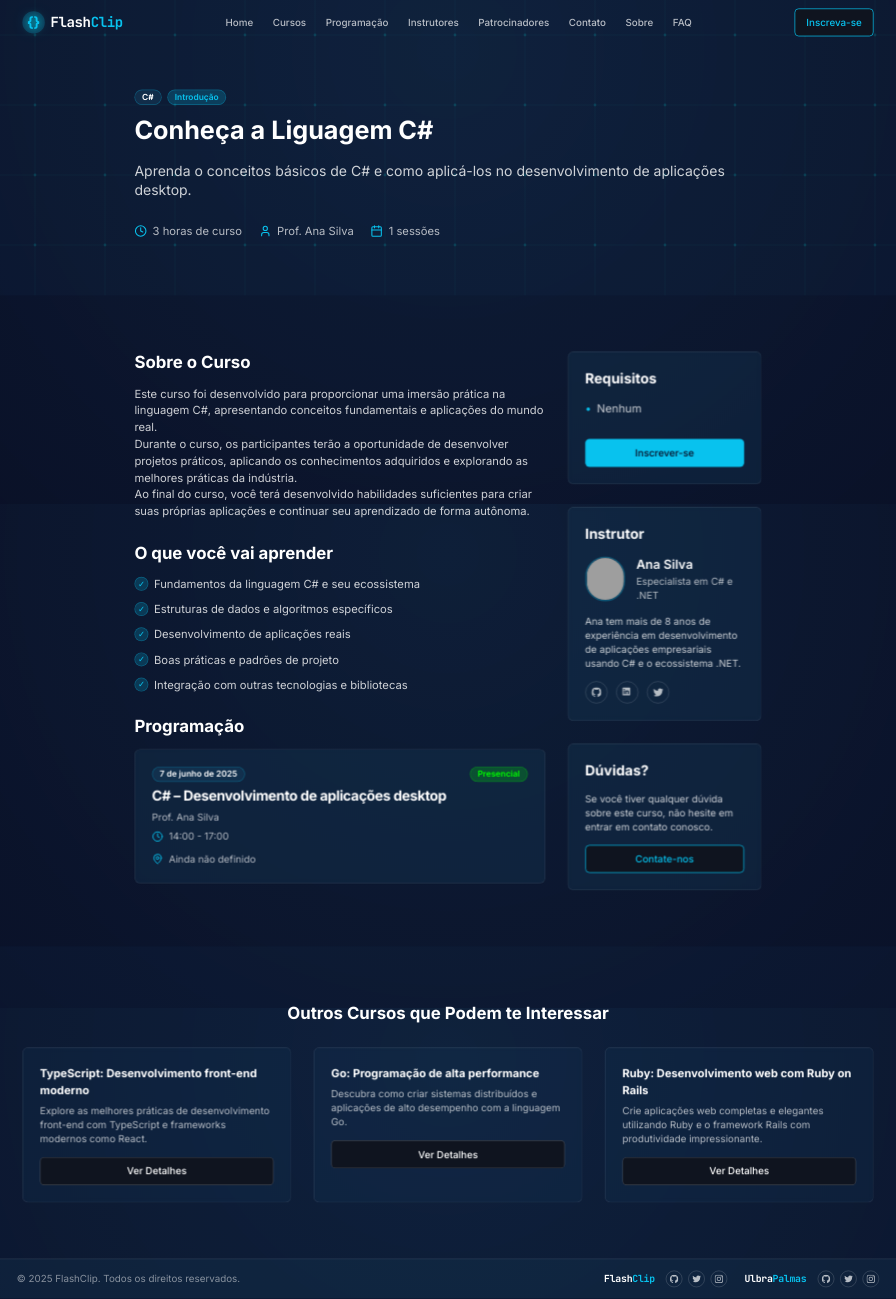
Repository: Geisbelly/flashclip-code-connect
Page: /cursos/csharp
An editor plug-in stored every save of this project. The page is shown before and after a run of saves, followed by the edit.
The browser window is 1280 px wide. The pictures show the whole page, at 70% of full size.
Pictures or frames that could not be fetched are drawn as grey boxes. Backgrounds fixed to the window are drawn as part of the page. The project was rebuilt for these pictures with package versions that can differ from the ones it lists, and the page was loaded fresh each time. Also part of the build but not shown: vite.config.ts, src/components/ui/tooltip.tsx, src/components/common/CountdownTimer.tsx, src/components/common/SectionTitle.tsx, src/components/common/CourseCard.tsx, src/data/eventInfo.ts, src/pages/Index.tsx, src/pages/NotFound.tsx and 27 more.

Above is the page before, as saved 2025-05-04 00:52:44.

### index.html
<!DOCTYPE html>
<html lang="pt-br">
  <head>
    <meta charset="UTF-8" />
    <meta name="viewport" content="width=device-width, initial-scale=1.0" />
    <title>FlashClip</title>
    <meta name="description" content="FlashClip - 2025/01" />
    <meta name="author" content="Lovable & Geisbelly" />

    <meta property="og:title" content="FlashClip" />
    <meta property="og:description" content="FlashClip - 2025/01" />
    <meta property="og:type" content="website" />
    <meta property="og:image" content="https://lovable.dev/opengraph-image-p98pqg.png" />

    <meta name="twitter:card" content="summary_large_image" />
    <meta name="twitter:site" content="@lovable_dev" />
    <meta name="twitter:image" content="https://lovable.dev/opengraph-image-p98pqg.png" />
  </head>

  <body>
    <div id="root"></div>
    <!-- IMPORTANT: DO NOT REMOVE THIS SCRIPT TAG OR THIS VERY COMMENT! -->
    <script src="https://cdn.gpteng.co/gptengineer.js" type="module"></script>
    <script type="module" src="/src/main.tsx"></script>
  </body>
</html>

### src/App.tsx

import { Toaster } from "@/components/ui/toaster";
import { Toaster as Sonner } from "@/components/ui/sonner";
import { TooltipProvider } from "@/components/ui/tooltip";
import { QueryClient, QueryClientProvider } from "@tanstack/react-query";
import { BrowserRouter, Routes, Route } from "react-router-dom";

import Index from "./pages/Index";
import NotFound from "./pages/NotFound";
import About from "./pages/About";
import Courses from "./pages/Courses";
import CourseDetail from "./pages/CourseDetail";
import Schedule from "./pages/Schedule";
import Instructors from "./pages/Instructors";
import FAQ from "./pages/FAQ";
import Contact from "./pages/Contact";
import Registration from "./pages/Registration";
import Quiz from "./pages/Quiz";
import Sponsors from "./pages/Sponsors";

const queryClient = new QueryClient();

const App = () => (
  <QueryClientProvider client={queryClient}>
    <TooltipProvider>
      <Toaster />
      <Sonner />
      <BrowserRouter>
        <Routes>
          <Route path="/" element={<Index />} />
          <Route path="/sobre" element={<About />} />
          <Route path="/cursos" element={<Courses />} />
          <Route path="/cursos/:id" element={<CourseDetail />} />
          <Route path="/programacao" element={<Schedule />} />
          <Route path="/instrutores" element={<Instructors />} />
          <Route path="/patrocinadores" element={<Sponsors />} />
          <Route path="/contato" element={<Contact />} />
          <Route path="/faq" element={<FAQ />} />
          <Route path="/inscricao" element={<Registration />} />
          <Route path="/quiz" element={<Quiz />} />
          {/* ADD ALL CUSTOM ROUTES ABOVE THE CATCH-ALL "*" ROUTE */}
          <Route path="*" element={<NotFound />} />
        </Routes>
      </BrowserRouter>
    </TooltipProvider>
  </QueryClientProvider>
);

export default App;

### src/index.css

@import url('https://fonts.googleapis.com/css2?family=Inter:wght@100..900&family=JetBrains+Mono:wght@100..800&display=swap');

@tailwind base;
@tailwind components;
@tailwind utilities;

@layer base {
  :root {
    --background: 220 33% 9%;
    --foreground: 210 40% 98%;

    --card: 220 33% 11%;
    --card-foreground: 210 40% 98%;

    --popover: 220 33% 11%;
    --popover-foreground: 210 40% 98%;

    --primary: 210 100% 50%;
    --primary-foreground: 210 40% 98%;

    --secondary: 217.2 32.6% 17.5%;
    --secondary-foreground: 210 40% 98%;

    --muted: 217.2 32.6% 17.5%;
    --muted-foreground: 215 20.2% 65.1%;

    --accent: 180 100% 50%;
    --accent-foreground: 0 0% 0%;

    --destructive: 0 62.8% 30.6%;
    --destructive-foreground: 210 40% 98%;

    --border: 217.2 32.6% 17.5%;
    --input: 217.2 32.6% 17.5%;
    --ring: 180 100% 50%;

    --radius: 0.5rem;

    --sidebar-background: 0 0% 98%;
    --sidebar-foreground: 240 5.3% 26.1%;
    --sidebar-primary: 240 5.9% 10%;
    --sidebar-primary-foreground: 0 0% 98%;
    --sidebar-accent: 240 4.8% 95.9%;
    --sidebar-accent-foreground: 240 5.9% 10%;
    --sidebar-border: 220 13% 91%;
    --sidebar-ring: 217.2 91.2% 59.8%;
  }
}

@layer base {
  * {
    @apply border-border;
  }

  html {
    @apply scroll-smooth;
  }

  body {
    @apply bg-tech-blue text-foreground font-sans;
    background-image: radial-gradient(circle at 50% 10%, rgba(23, 63, 95, 0.3) 0%, rgba(10, 17, 40, 0.5) 100%);
    background-attachment: fixed;
  }
}

.neon-border {
  box-shadow: 0 0 10px rgba(0, 255, 255, 0.7), 0 0 20px rgba(0, 255, 255, 0.5);
  border: 1px solid rgba(0, 255, 255, 0.7);
}

.neon-text {
  text-shadow: 0 0 10px rgba(0, 255, 255, 0.7), 0 0 20px rgba(0, 255, 255, 0.5);
}

.tech-grid {
  background-image:
    linear-gradient(rgba(0, 255, 255, 0.1) 1px, transparent 1px),
    linear-gradient(to right, rgba(0, 255, 255, 0.1) 1px, transparent 1px);
  background-size: 40px 40px;
}

.circuit-overlay {
  background-image: url("data:[embedded picture, 350 characters]");
}

### src/components/ui/toaster.tsx
import { useToast } from "@/hooks/use-toast"
import {
  Toast,
  ToastClose,
  ToastDescription,
  ToastProvider,
  ToastTitle,
  ToastViewport,
} from "@/components/ui/toast"

export function Toaster() {
  const { toasts } = useToast()

  return (
    <ToastProvider>
      {toasts.map(function ({ id, title, description, action, ...props }) {
        return (
          <Toast key={id} {...props}>
            <div className="grid gap-1">
              {title && <ToastTitle>{title}</ToastTitle>}
              {description && (
                <ToastDescription>{description}</ToastDescription>
              )}
            </div>
            {action}
            <ToastClose />
          </Toast>
        )
      })}
      <ToastViewport />
    </ToastProvider>
  )
}

### src/components/ui/sonner.tsx
import { useTheme } from "next-themes"
import { Toaster as Sonner, toast } from "sonner"

type ToasterProps = React.ComponentProps<typeof Sonner>

const Toaster = ({ ...props }: ToasterProps) => {
  const { theme = "system" } = useTheme()

  return (
    <Sonner
      theme={theme as ToasterProps["theme"]}
      className="toaster group"
      toastOptions={{
        classNames: {
          toast:
            "group toast group-[.toaster]:bg-background group-[.toaster]:text-foreground group-[.toaster]:border-border group-[.toaster]:shadow-lg",
          description: "group-[.toast]:text-muted-foreground",
          actionButton:
            "group-[.toast]:bg-primary group-[.toast]:text-primary-foreground",
          cancelButton:
            "group-[.toast]:bg-muted group-[.toast]:text-muted-foreground",
        },
      }}
      {...props}
    />
  )
}

export { Toaster, toast }

### src/components/ui/button.tsx
import * as React from "react"
import { Slot } from "@radix-ui/react-slot"
import { cva, type VariantProps } from "class-variance-authority"

import { cn } from "@/lib/utils"

const buttonVariants = cva(
  "inline-flex items-center justify-center gap-2 whitespace-nowrap rounded-md text-sm font-medium ring-offset-background transition-colors focus-visible:outline-none focus-visible:ring-2 focus-visible:ring-ring focus-visible:ring-offset-2 disabled:pointer-events-none disabled:opacity-50 [&_svg]:pointer-events-none [&_svg]:size-4 [&_svg]:shrink-0",
  {
    variants: {
      variant: {
        default: "bg-primary text-primary-foreground hover:bg-primary/90",
        destructive:
          "bg-destructive text-destructive-foreground hover:bg-destructive/90",
        outline:
          "border border-input bg-background hover:bg-accent hover:text-accent-foreground",
        secondary:
          "bg-secondary text-secondary-foreground hover:bg-secondary/80",
        ghost: "hover:bg-accent hover:text-accent-foreground",
        link: "text-primary underline-offset-4 hover:underline",
      },
      size: {
        default: "h-10 px-4 py-2",
        sm: "h-9 rounded-md px-3",
        lg: "h-11 rounded-md px-8",
        icon: "h-10 w-10",
      },
    },
    defaultVariants: {
      variant: "default",
      size: "default",
    },
  }
)

export interface ButtonProps
  extends React.ButtonHTMLAttributes<HTMLButtonElement>,
    VariantProps<typeof buttonVariants> {
  asChild?: boolean
}

const Button = React.forwardRef<HTMLButtonElement, ButtonProps>(
  ({ className, variant, size, asChild = false, ...props }, ref) => {
    const Comp = asChild ? Slot : "button"
    return (
      <Comp
        className={cn(buttonVariants({ variant, size, className }))}
        ref={ref}
        {...props}
      />
    )
  }
)
Button.displayName = "Button"

export { Button, buttonVariants }

### src/data/courses.ts

import { CourseProps } from "@/components/common/CourseCard";

export const coursesData: CourseProps[] = [
  {
    id: "csharp",
    title: "Conheça a Liguagem C#",
    language: "C#",
    description: "Aprenda o conceitos básicos de C# e como aplicá-los no desenvolvimento de aplicações desktop.",
    level: "Introdução",
    hours: 3,
    instructor: "Ana Silva",
    prerequisites: ["Nenhum"]
  },
  {
    id: "typescript",
    title: "TypeScript – Desenvolvimento front-end moderno",
    language: "TypeScript",
    description: "Explore as melhores práticas de desenvolvimento front-end com TypeScript e frameworks modernos como React.",
    level: "Introdução",
    hours: 3,
    instructor: "Pedro Santos",
    prerequisites: ["Nenhum"]
  },
  {
    id: "go",
    title: "Go – Programação de alta performance",
    language: "Go",
    description: "Descubra como criar sistemas distribuídos e aplicações de alto desempenho com a linguagem Go.",
    level: "Introdução",
    hours: 3,
    instructor: "Marcos Oliveira",
    prerequisites: ["Nenhum"]
  },
  {
    id: "ruby",
    title: "Ruby – Desenvolvimento web com Ruby on Rails",
    language: "Ruby",
    description: "Crie aplicações web completas e elegantes utilizando Ruby e o framework Rails com produtividade impressionante.",
    level: "Introdução",
    hours: 3,
    instructor: "Camila Ferreira",
    prerequisites: ["Nenhum"]
  },
  {
    id: "prolog",
    title: "Prolog – Lógica computacional e IA simbólica",
    language: "Prolog",
    description: "Introdução à programação lógica e resolução de problemas complexos utilizando a linguagem Prolog.",
    level: "Introdução",
    hours: 3,
    instructor: "Rafael Mendes",
    prerequisites: ["Nenhum"]
  }
];

### src/components/ui/badge.tsx
import * as React from "react"
import { cva, type VariantProps } from "class-variance-authority"

import { cn } from "@/lib/utils"

const badgeVariants = cva(
  "inline-flex items-center rounded-full border px-2.5 py-0.5 text-xs font-semibold transition-colors focus:outline-none focus:ring-2 focus:ring-ring focus:ring-offset-2",
  {
    variants: {
      variant: {
        default:
          "border-transparent bg-primary text-primary-foreground hover:bg-primary/80",
        secondary:
          "border-transparent bg-secondary text-secondary-foreground hover:bg-secondary/80",
        destructive:
          "border-transparent bg-destructive text-destructive-foreground hover:bg-destructive/80",
        outline: "text-foreground",
      },
    },
    defaultVariants: {
      variant: "default",
    },
  }
)

export interface BadgeProps
  extends React.HTMLAttributes<HTMLDivElement>,
    VariantProps<typeof badgeVariants> {}

function Badge({ className, variant, ...props }: BadgeProps) {
  return (
    <div className={cn(badgeVariants({ variant }), className)} {...props} />
  )
}

export { Badge, badgeVariants }

### src/data/instructors.ts

import { InstructorProps } from "@/components/common/InstructorCard";

export const instructorsData: InstructorProps[] = [
  {
    id: "ana-silva",
    name: "Ana Silva",
    role: "Especialista em C# e .NET",
    bio: "Ana tem mais de 8 anos de experiência em desenvolvimento de aplicações empresariais usando C# e o ecossistema .NET.",
    expertise: ["C#", ".NET Core", "WPF", "Entity Framework"],
    image: "https://images.unsplash.com/photo-1573496359142-b8d87734a5a2?q=80&w=1488&auto=format&fit=crop",
    social: {
      github: "https://github.com",
      linkedin: "https://linkedin.com",
      twitter: "https://twitter.com"
    }
  },
  {
    id: "pedro-santos",
    name: "Pedro Santos",
    role: "Desenvolvedor Front-end",
    bio: "Especialista em desenvolvimento web front-end, com foco em TypeScript, React e arquiteturas modernas.",
    expertise: ["TypeScript", "React", "Next.js", "UI/UX"],
    image: "https://images.unsplash.com/photo-1560250097-0b93528c311a?q=80&w=1374&auto=format&fit=crop",
    social: {
      github: "https://github.com",
      linkedin: "https://linkedin.com"
    }
  },
  {
    id: "marcos-oliveira",
    name: "Marcos Oliveira",
    role: "Engenheiro de Software",
    bio: "Especialista em sistemas distribuídos e computação de alta performance, com foco na linguagem Go.",
    expertise: ["Go", "Microserviços", "Docker", "Kubernetes"],
    image: "https://images.unsplash.com/photo-1472099645785-5658abf4ff4e?q=80&w=1470&auto=format&fit=crop",
    social: {
      github: "https://github.com",
      linkedin: "https://linkedin.com",
      twitter: "https://twitter.com"
    }
  },
  {
    id: "camila-ferreira",
    name: "Camila Ferreira",
    role: "Desenvolvedora Ruby",
    bio: "Desenvolvedora web full-stack com especialização em Ruby on Rails e desenvolvimento ágil.",
    expertise: ["Ruby", "Rails", "TDD", "Agile"],
    image: "https://images.unsplash.com/photo-1580489944761-15a19d654956?q=80&w=1561&auto=format&fit=crop",
    social: {
      github: "https://github.com",
      linkedin: "https://linkedin.com"
    }
  },
  {
    id: "rafael-mendes",
    name: "Rafael Mendes",
    role: "Pesquisador em IA",
    bio: "Doutor em Inteligência Artificial com foco em sistemas especialistas e programação lógica.",
    expertise: ["Prolog", "IA Simbólica", "Sistemas Especialistas", "Lógica Computacional"],
    image: "https://images.unsplash.com/photo-1507003211169-0a1dd7228f2d?q=80&w=1374&auto=format&fit=crop",
    social: {
      github: "https://github.com",
      linkedin: "https://linkedin.com"
    }
  }
];

### src/data/schedule.ts

import { ScheduleItemProps } from "@/components/common/ScheduleItem";

export const scheduleData: ScheduleItemProps[] = [

  {
    id: "s2",
    title: "C# – Desenvolvimento de aplicações desktop",
    courseId: "csharp",
    date: "2025-06-07",
    startTime: "14:00",
    endTime: "17:00",
    location: "Ainda não definido",
    isVirtual: false,
    instructor: "Ana Silva"
  },
  {
    id: "s3",
    title: "TypeScript – Desenvolvimento front-end moderno",
    courseId: "typescript",
    date: "2025-06-07",
    startTime: "14:00",
    endTime: "17:00",
    location: "Ainda não definido",
    isVirtual: false,
    instructor: "Pedro Santos"
  },
  {
    id: "s5",
    title: "Go – Programação de alta performance",
    courseId: "go",
    date: "2025-06-07",
    startTime: "14:00",
    endTime: "17:00",
    location: "Ainda não definido",
    isVirtual: false,
    instructor: "Marcos Oliveira"
  },
  {
    id: "s7",
    title: "Ruby – Desenvolvimento web com Ruby on Rails",
    courseId: "ruby",
    date: "2025-06-07",
    startTime: "14:00",
    endTime: "17:00",
    location: "Ainda não definido",
    isVirtual: false,
    instructor: "Camila Ferreira"
  },
  {
    id: "s9",
    title: "Prolog – Lógica computacional e IA simbólica",
    courseId: "prolog",
    date: "2025-06-07",
    startTime: "14:00",
    endTime: "17:00",
    location: "Ainda não definido",
    isVirtual: false,
    instructor: "Rafael Mendes"
  }
];

### src/components/common/ScheduleItem.tsx

import React from 'react';
import { Card, CardContent, CardDescription, CardFooter, CardHeader, CardTitle } from "@/components/ui/card";
import { Badge } from "@/components/ui/badge";
import { Calendar, Clock, MapPin } from "lucide-react";

export interface ScheduleItemProps {
  id: string;
  title: string;
  courseId: string;
  date: string;
  startTime: string;
  endTime: string;
  location: string;
  isVirtual: boolean;
  instructor: string;
}

const ScheduleItem: React.FC<ScheduleItemProps> = ({
  title,
  date,
  startTime,
  endTime,
  location,
  isVirtual,
  instructor
}) => {
  // Format date for display
  const formattedDate = new Date(date).toLocaleDateString('pt-BR', {
    day: 'numeric',
    month: 'long',
    year: 'numeric',
  });

  return (
    <Card className="border-white/10 bg-tech-blue-light/30 backdrop-blur-sm hover:border-tech-neon/30 transition-all">
      <CardHeader className="pb-2">
        <div className="flex justify-between items-start">
          <Badge variant="outline" className="bg-tech-blue-light/50 text-white border-tech-neon/30">
            {formattedDate}
          </Badge>
          <Badge variant={isVirtual ? 'secondary' : 'default'} className={`
            ${isVirtual ? 'bg-tech-neon-pink/20 text-tech-neon-pink border-tech-neon-pink/30' :
            'bg-tech-neon-green/20 text-tech-neon-green border-tech-neon-green/30'} border
          `}>
            {isVirtual ? 'Virtual' : 'Presencial'}
          </Badge>
        </div>
        <CardTitle className="text-xl font-bold mt-3 text-white">{title}</CardTitle>
        <CardDescription className="text-white/70">Prof. {instructor}</CardDescription>
      </CardHeader>
      <CardContent>
        <div className="space-y-3">
          <div className="flex items-center gap-2 text-sm text-white/70">
            <Clock size={16} className="text-tech-neon" />
            <span>{startTime} - {endTime}</span>
          </div>
          <div className="flex items-center gap-2 text-sm text-white/70">
            <MapPin size={16} className="text-tech-neon" />
            <span>{location}</span>
          </div>
        </div>
      </CardContent>
    </Card>
  );
};

export default ScheduleItem;

### src/components/ui/card.tsx
import * as React from "react"

import { cn } from "@/lib/utils"

const Card = React.forwardRef<
  HTMLDivElement,
  React.HTMLAttributes<HTMLDivElement>
>(({ className, ...props }, ref) => (
  <div
    ref={ref}
    className={cn(
      "rounded-lg border bg-card text-card-foreground shadow-sm",
      className
    )}
    {...props}
  />
))
Card.displayName = "Card"

const CardHeader = React.forwardRef<
  HTMLDivElement,
  React.HTMLAttributes<HTMLDivElement>
>(({ className, ...props }, ref) => (
  <div
    ref={ref}
    className={cn("flex flex-col space-y-1.5 p-6", className)}
    {...props}
  />
))
CardHeader.displayName = "CardHeader"

const CardTitle = React.forwardRef<
  HTMLParagraphElement,
  React.HTMLAttributes<HTMLHeadingElement>
>(({ className, ...props }, ref) => (
  <h3
    ref={ref}
    className={cn(
      "text-2xl font-semibold leading-none tracking-tight",
      className
    )}
    {...props}
  />
))
CardTitle.displayName = "CardTitle"

const CardDescription = React.forwardRef<
  HTMLParagraphElement,
  React.HTMLAttributes<HTMLParagraphElement>
>(({ className, ...props }, ref) => (
  <p
    ref={ref}
    className={cn("text-sm text-muted-foreground", className)}
    {...props}
  />
))
CardDescription.displayName = "CardDescription"

const CardContent = React.forwardRef<
  HTMLDivElement,
  React.HTMLAttributes<HTMLDivElement>
>(({ className, ...props }, ref) => (
  <div ref={ref} className={cn("p-6 pt-0", className)} {...props} />
))
CardContent.displayName = "CardContent"

const CardFooter = React.forwardRef<
  HTMLDivElement,
  React.HTMLAttributes<HTMLDivElement>
>(({ className, ...props }, ref) => (
  <div
    ref={ref}
    className={cn("flex items-center p-6 pt-0", className)}
    {...props}
  />
))
CardFooter.displayName = "CardFooter"

export { Card, CardHeader, CardFooter, CardTitle, CardDescription, CardContent }

Loaded but not shown: src/main.tsx (common file); src/hooks/use-toast.ts (common file); src/lib/utils.ts (common file); src/pages/CourseDetail.tsx (274 lines, source omitted); src/components/layout/Footer.tsx (148 lines, source omitted); src/components/ui/toast.tsx (127 lines, source omitted); src/components/layout/Navbar.tsx (121 lines, source omitted); tailwind.config.ts (131 lines, source omitted)

After the next 2 saves:
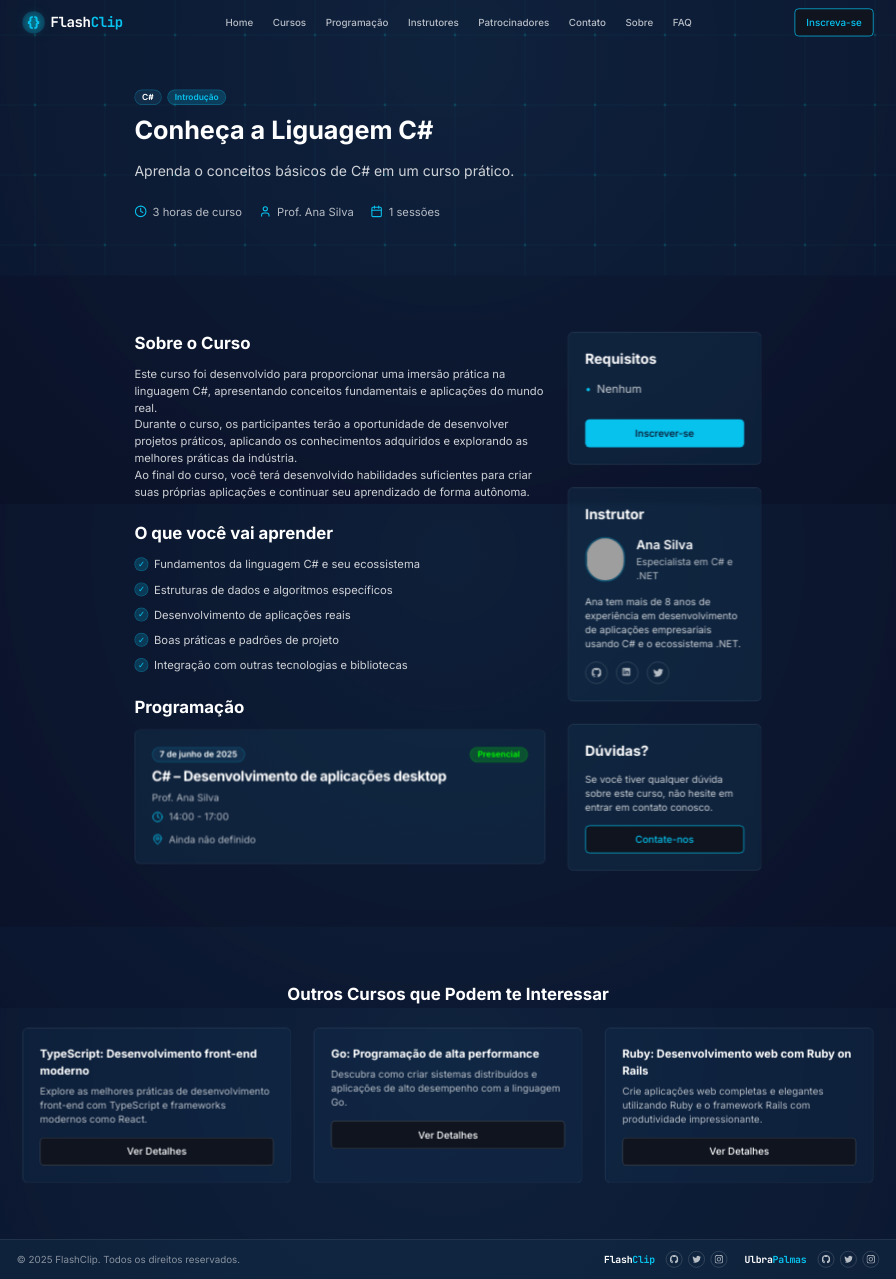
The 2 saves are shown as one change because they came seconds apart.
The last was saved 12 s later.
--- a/src/data/courses.ts
+++ b/src/data/courses.ts
@@ -6,7 +6,7 @@ export const coursesData: CourseProps[] = [
     id: "csharp",
     title: "Conheça a Liguagem C#",
     language: "C#",
-    description: "Aprenda o conceitos básicos de C# e como aplicá-los no desenvolvimento de aplicações desktop.",
+    description: "Aprenda o conceitos básicos de C# em um curso prático.",
     level: "Introdução",
     hours: 3,
     instructor: "Ana Silva",
